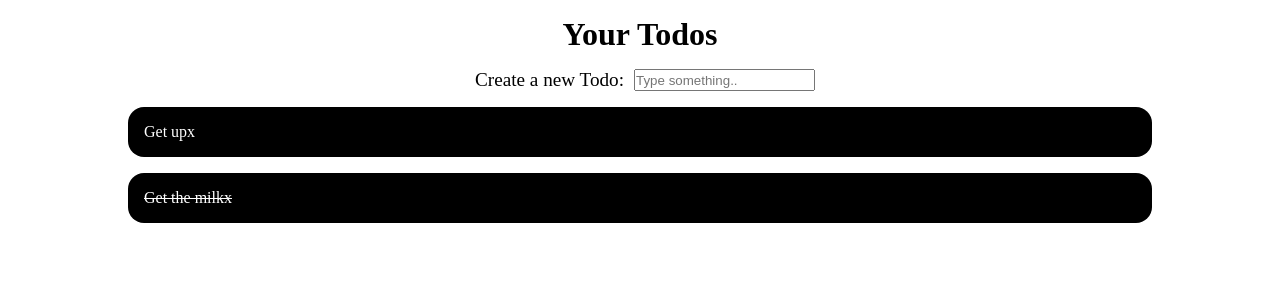
Repository: Heeeeeppo/todo-list
Page: / (app in frontend/)
These files come from the project's save history. The page is drawn as it stood at one moment and after the next save; the edit follows.
The browser window is 1280 px wide. The pictures show the whole page.
The project was rebuilt for these pictures with package versions that can differ from the ones it lists, and the page was loaded fresh each time.

Above is the page before, as saved 2023-11-07 19:36:07.

After the next save:
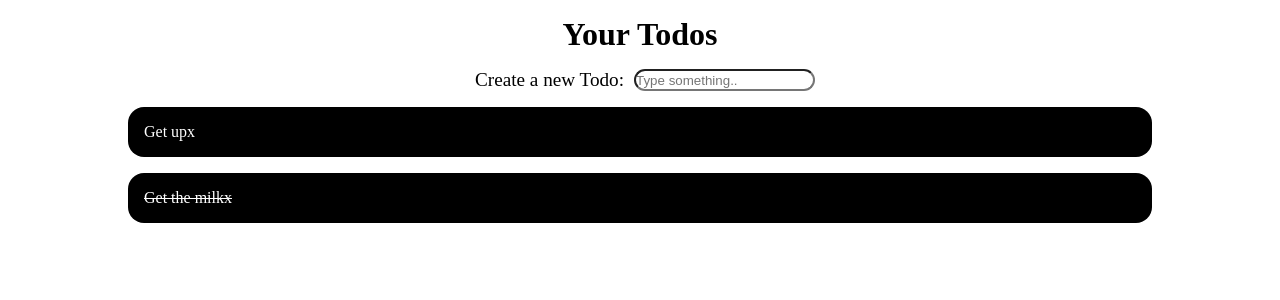
Saved 9 s later.
--- a/frontend/src/index.css
+++ b/frontend/src/index.css
@@ -26,6 +26,10 @@ label {
   margin: 0 10px;
 }
 
+input {
+  border-radius: 1rem;
+}
+
 .todo {
   background-color: black;
   color: white;
